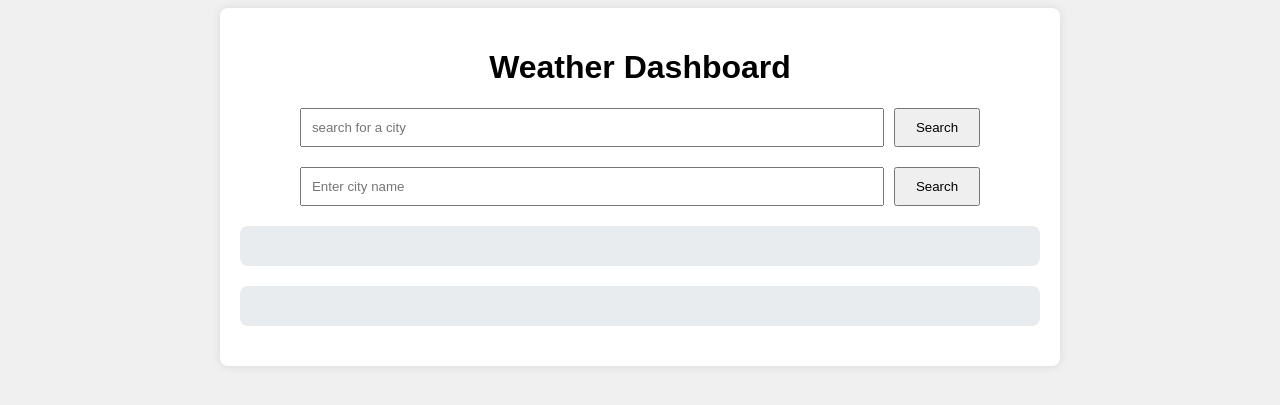
Repository: PaigeC001/WeatherOutlookTracker
Page: WeatherOutlookTracker/index.html
The author's editor kept a copy of each file at every save. The page is drawn from the files as they stood at one save, then again after the next save.
The browser window is 1280 px wide. The pictures show the whole page.

Above is the page before, as saved 2024-07-16 04:03:05.

### WeatherOutlookTracker/index.html
<!DOCTYPE html>
<html lang="en">
<head>
    <meta charset="UTF-8">
    <meta name="viewport" content="width=device-width, initial-scale=1.0">
    <title>Weather Dashboard</title>
    <link rel="stylesheet" href="styles.css">
</head>
<body>
    <div class="container">
        <h1>Weather Dashboard</h1>
    </header>
    <main>
        <section class="search-section">
            <input type="text" id="city-input" placeholder="search for a city">
            <button id="search-button">Search</button>
    </main>
        <div class="search-section">
            <input type="text" id="city-input" placeholder="Enter city name">
            <button id="search-button">Search</button>
        </div>
        <div class="search-history" id="search-history"></div>
        <div class="current-weather" id="current-weather"></div>
        <div class="forecast" id="forecast"></div>
    </div>
    <script src="script.js"></script>
</body>
</html>

### WeatherOutlookTracker/styles.css
body {
    font-family: Arial, sans-serif;
    background-color: #f0f0f0;
}

.container {
    max-width: 800px;
    margin: auto;
    padding: 20px;
    background-color: white;
    border-radius: 8px;
    box-shadow: 0 0 10px rgba(0, 0, 0, 0.1);
}

h1 {
    text-align: center;
}

.search-section {
    display: flex;
    justify-content: center;
    margin-bottom: 20px;
}

#city-input {
    width: 70%;
    padding: 10px;
    margin-right: 10px;
}

#search-button {
    padding: 10px 20px;
    cursor: pointer;
}

.search-history {
    margin-bottom: 20px;
}

.search-history button {
    display: block;
    width: 100%;
    margin: 5px 0;
    padding: 10px;
    cursor: pointer;
    background-color: #007bff;
    color: white;
    border: none;
    border-radius: 4px;
}

.current-weather, .forecast {
    margin-bottom: 20px;
    padding: 20px;
    background-color: #e9ecef;
    border-radius: 8px;
}

.forecast .forecast-item {
    display: inline-block;
    width: 18%;
    margin-right: 2%;
    background-color: white;
    padding: 10px;
    border-radius: 8px;
    text-align: center;
}

### WeatherOutlookTracker/script.js
const apiKey = 'fe4d8bc132a06db690ae7d80bd8988ae';
const searchButton = document.getElementById('search-button');
const cityInput = document.getElementById('city-input');
const currentWeather = document.getElementById('current-weather');
const forecast = document.getElementById('forecast');
const searchHistory = document.getElementById('search-history');

let cities = [];

searchButton.addEventListener('click', () => {
    const city = cityInput.value;
    if (city && !cities.includes(city)) {
        cities.push(city);
        updateSearchHistory();
        getWeather(city);
    }
});

searchHistory.addEventListener('click', (event) => {
    if (event.target.tagName === 'BUTTON') {
        const city = event.target.textContent;
        getWeather(city);
    }
});

function updateSearchHistory() {
    searchHistory.innerHTML = '';
    cities.forEach(city => {
        const button = document.createElement('button');
        button.textContent = city;
        searchHistory.appendChild(button);
    });
}

function getWeather(city) {
    fetch(`https://api.openweathermap.org/data/2.5/weather?q=${city}&appid=${apiKey}&units=metric`)
        .then(response => response.json())
        .then(data => {
            displayCurrentWeather(data);
            return fetch(`https://api.openweathermap.org/data/2.5/forecast?q=${city}&appid=${apiKey}&units=metric`);
        })
        .then(response => response.json())
        .then(data => {
            displayForecast(data);
        })
        .catch(error => {
            console.error('Error fetching weather data:', error);
        });
}

function displayCurrentWeather(data) {
    const { name, dt, weather, main, wind } = data;
    currentWeather.innerHTML = `
        <h2>${name}</h2>
        <p>${new Date(dt * 1000).toLocaleDateString()}</p>
        <img src="https://openweathermap.org/img/wn/${weather[0].icon}.png" alt="${weather[0].description}">
        <p>Temperature: ${main.temp} °C</p>
        <p>Humidity: ${main.humidity}%</p>
        <p>Wind Speed: ${wind.speed} m/s</p>
    `;
}

function displayForecast(data) {
    forecast.innerHTML = '<h3>5-Day Forecast</h3>';
    const forecastList = data.list.filter((_, index) => index % 8 === 0);
    forecastList.forEach(item => {
        const { dt, weather, main, wind } = item;
        const forecastItem = document.createElement('div');
        forecastItem.className = 'forecast-item';
        forecastItem.innerHTML = `
            <p>${new Date(dt * 1000).toLocaleDateString()}</p>
            <img src="https://openweathermap.org/img/wn/${weather[0].icon}.png" alt="${weather[0].description}">
            <p>Temp: ${main.temp} °C</p>
            <p>Humidity: ${main.humidity}%</p>
            <p>Wind: ${wind.speed} m/s</p>
        `;
        forecast.appendChild(forecastItem);
    });
}

After the next save:
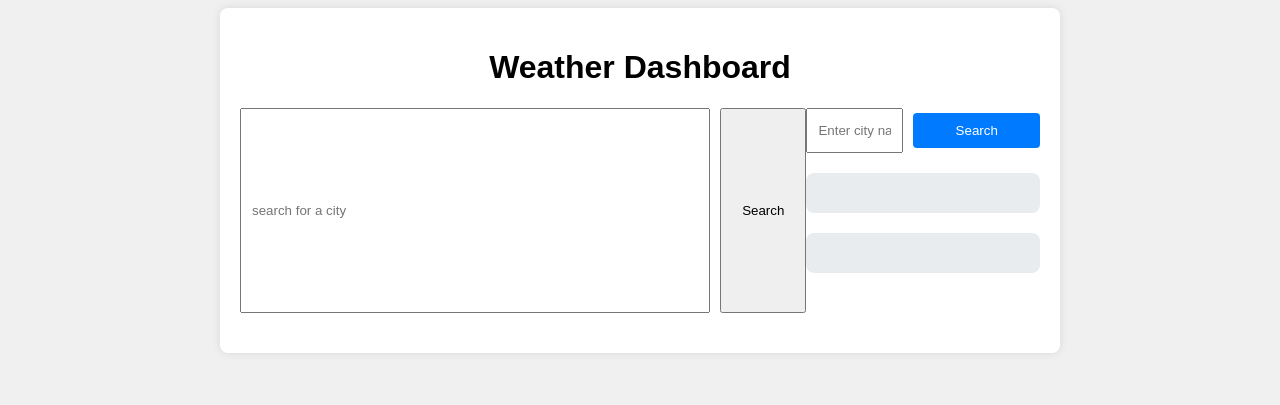
Saved 41 s later.
--- a/WeatherOutlookTracker/index.html
+++ b/WeatherOutlookTracker/index.html
@@ -14,6 +14,7 @@
         <section class="search-section">
             <input type="text" id="city-input" placeholder="search for a city">
             <button id="search-button">Search</button>
+            <div id="search-history" class="search-history"
     </main>
         <div class="search-section">
             <input type="text" id="city-input" placeholder="Enter city name">

After the save that followed:
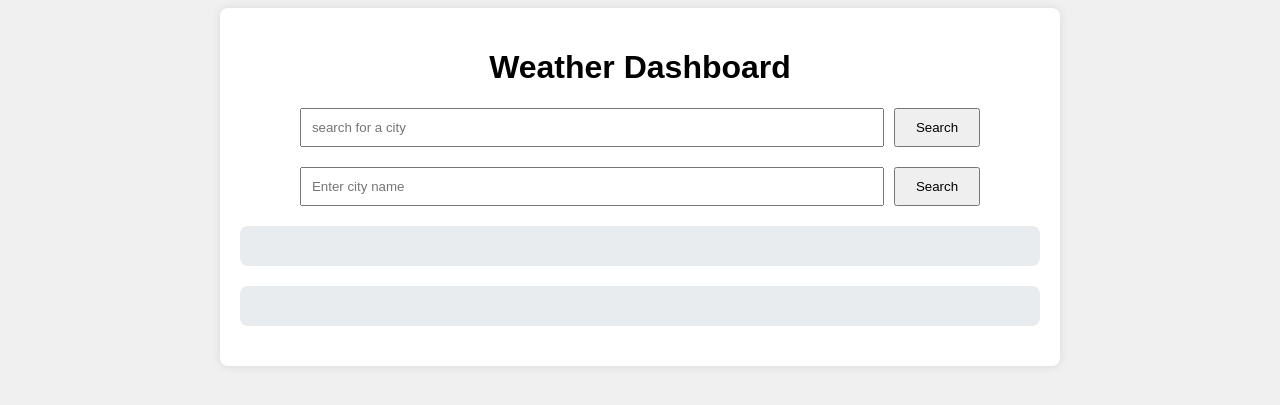
Saved 11 s later.
--- a/WeatherOutlookTracker/index.html
+++ b/WeatherOutlookTracker/index.html
@@ -14,7 +14,7 @@
         <section class="search-section">
             <input type="text" id="city-input" placeholder="search for a city">
             <button id="search-button">Search</button>
-            <div id="search-history" class="search-history"
+            <div id="search-history" class="search-history"></div>
     </main>
         <div class="search-section">
             <input type="text" id="city-input" placeholder="Enter city name">
